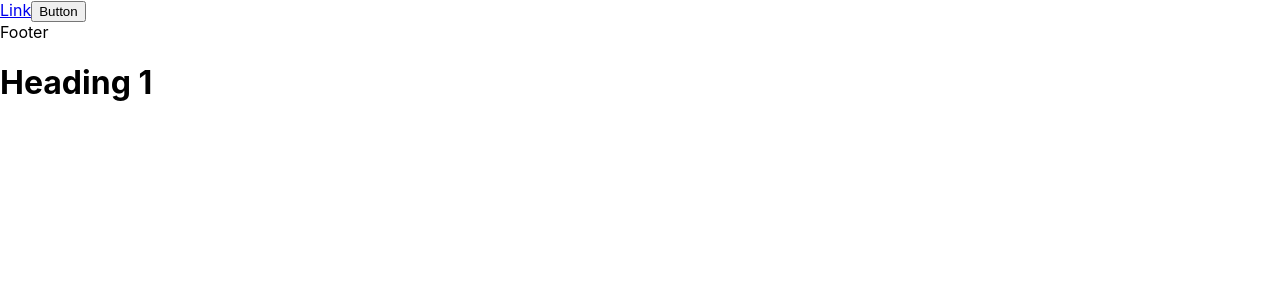
Repository: AiTrinh303/Jest_Sample
Page: / (app in small-test/)
These files come from the project's save history. The page is drawn as it stood at one moment and after a run of saves; the edit follows.
The browser window is 1280 px wide. The pictures show the whole page.
The project was rebuilt for these pictures with package versions that can differ from the ones it lists, and the page was loaded fresh each time.

Above is the page before, as saved 2024-11-25 20:43:27.

After the next 2 saves:
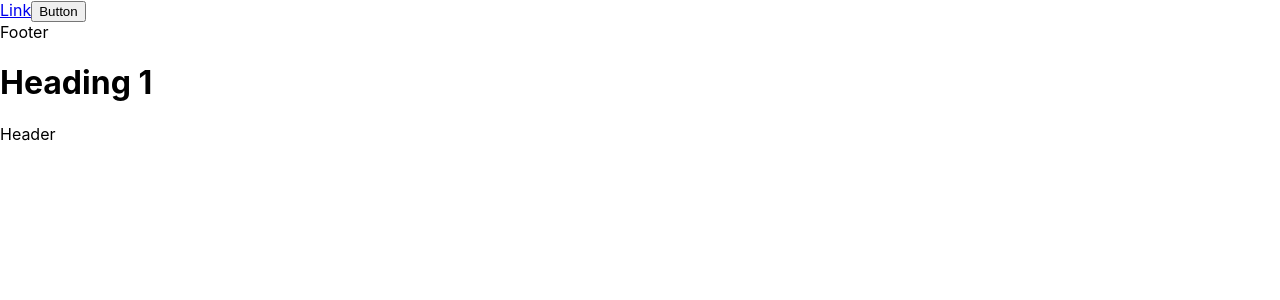
The 2 saves are shown as one change because they came seconds apart.
The last was saved 10 s later.
--- a/small-test/src/App.js
+++ b/small-test/src/App.js
@@ -6,6 +6,7 @@ function App() {
       <button>Button</button>
       <footer>Footer</footer>
       <h1>Heading 1</h1>
+      <header>Header</header>
 
     </div>
   );
